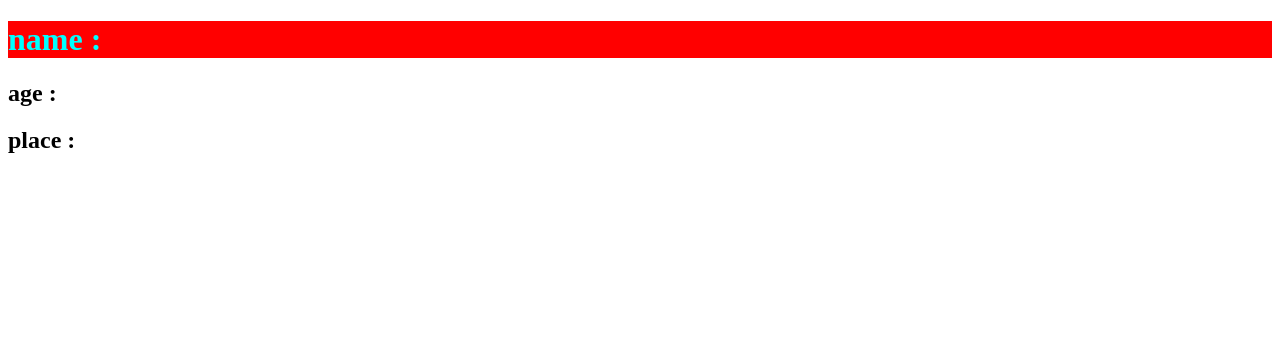
Repository: viveknaidu007/repo-117-ReactJS
Page: / (app in src/9.vivek/)
The author's editor kept a copy of each file at every save. The page is drawn from the files as they stood at one save, then again after the next save.
The browser window is 1280 px wide. The pictures show the whole page.
The project was rebuilt for these pictures with package versions that can differ from the ones it lists, and the page was loaded fresh each time.

Above is the page before, as saved 2024-07-03 19:45:45.

After the next save:
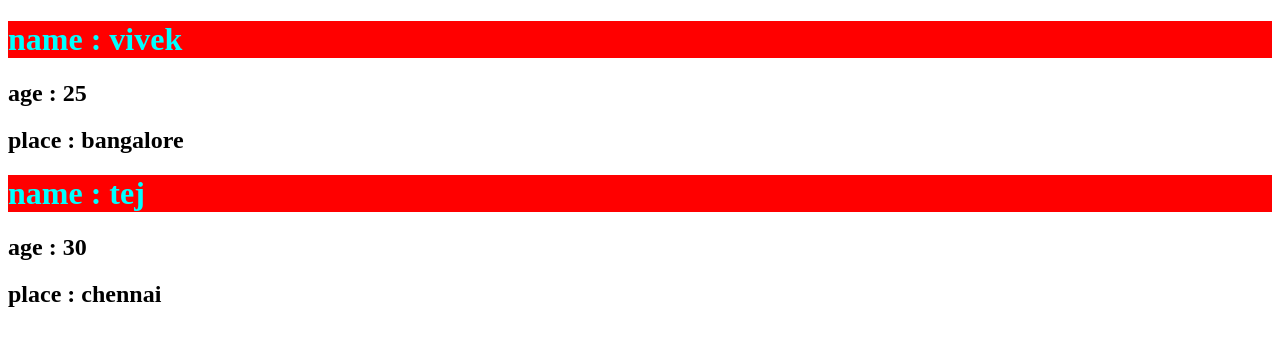
Saved 2 min 57 s later.
--- a/src/9.vivek/src/App.js
+++ b/src/9.vivek/src/App.js
@@ -2,7 +2,11 @@ import User from "./User"
 
 function App() {
   return (
-    <User />
+    <>
+    <User name="vivek" age="25" place="bangalore" />
+    <User name="tej" age="30" place="chennai" />
+
+    </>
   )
 }
 
